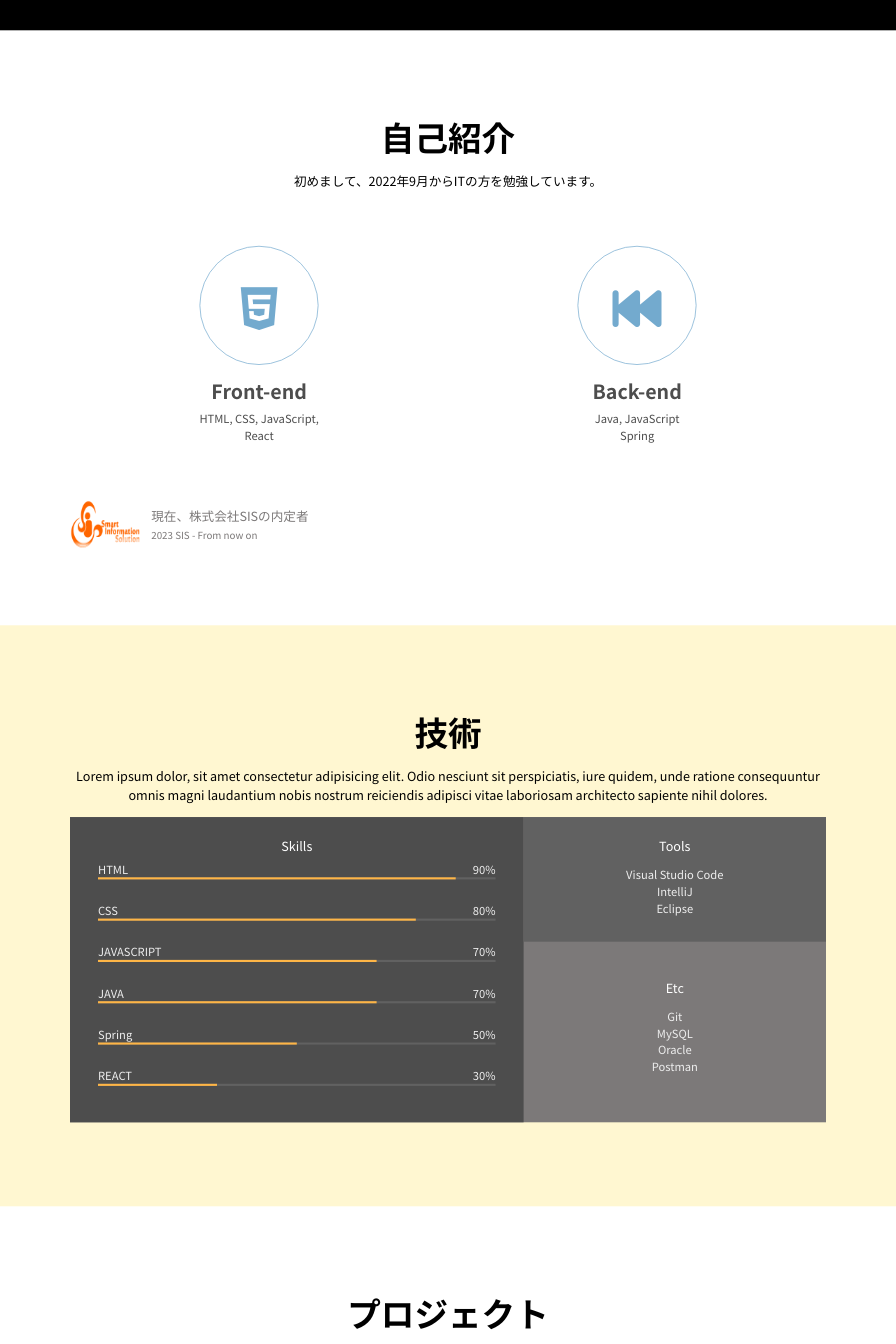
Repository: N1C0N1C0/website_introduction
Page: index.html
These files come from the project's save history. The page is drawn as it stood at one moment and after the next save; the edit follows.
The browser window is 1280 px wide. The pictures show the part of the page from y = 686 to 2606 px (the page is 4796 px tall before and 4822 px after), at 70% of full size.
Some web libraries are served in a nearby version.

Above is the page before, as saved 2023-08-29 03:27:03.

After the next save:
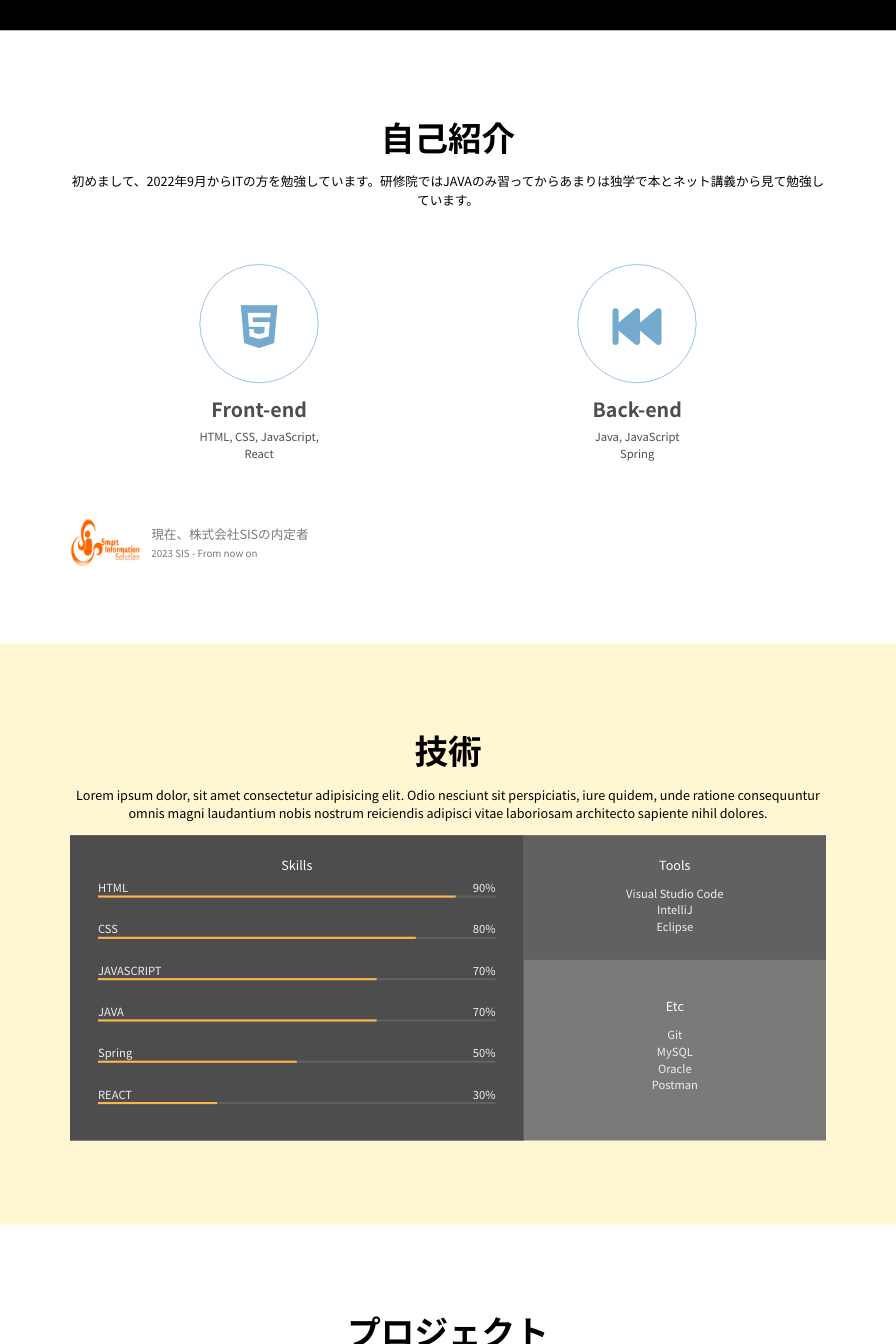
Saved 3 min 22 s later.
--- a/index.html
+++ b/index.html
@@ -52,7 +52,7 @@
     <section id="about" class="section" class="section__container">
       <h1>自己紹介</h1>
       <p>
-        初めまして、2022年9月からITの方を勉強しています。
+        初めまして、2022年9月からITの方を勉強しています。研修院ではJAVAのみ習ってからあまりは独学で本とネット講義から見て勉強しています。
       </p>
       <div class="about__majors">
         <div class="major">
